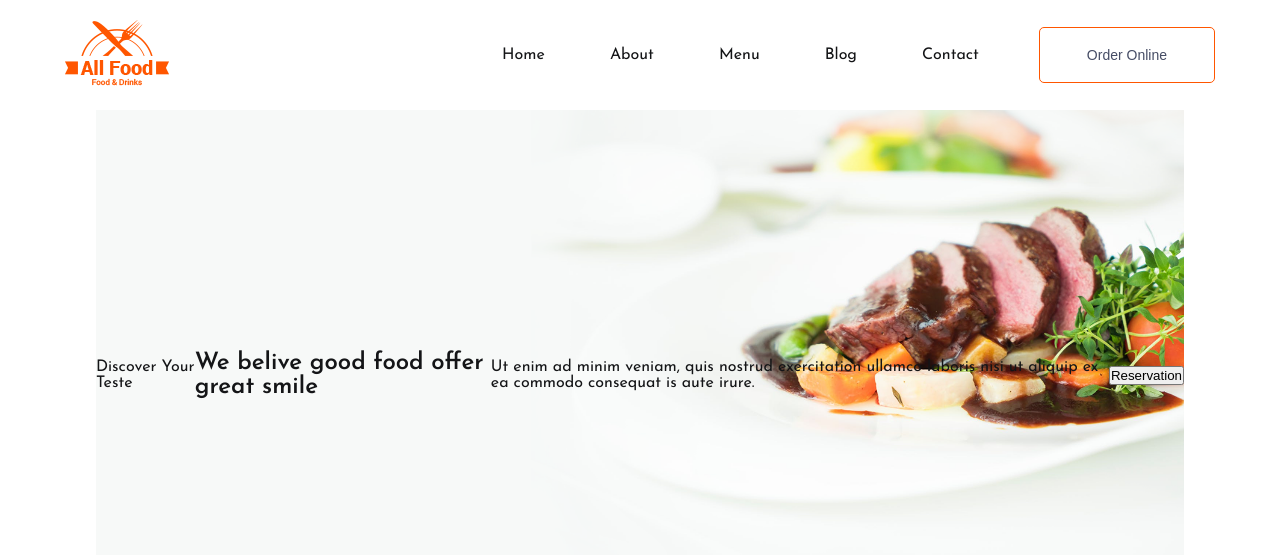
Repository: Ebtehal18/food
Page: index.html
The author's editor kept a copy of each file at every save. The page is drawn from the files as they stood at one save, then again after the next save.
The browser window is 1280 px wide. The pictures show the whole page.

Above is the page before, as saved 2024-01-16 20:32:21.

### index.html
<!DOCTYPE html>
<html lang="en">
  <head>
    <meta charset="UTF-8" />
    <meta name="viewport" content="width=device-width, initial-scale=1.0" />
    <title>Time Zone</title>
    <link rel="preconnect" href="https://fonts.googleapis.com" />
    <link rel="preconnect" href="https://fonts.gstatic.com" crossorigin />
    <link
      href="https://fonts.googleapis.com/css2?family=Josefin+Sans:wght@200;300;400;500;600&display=swap"
      rel="stylesheet"
    />
    <link rel="stylesheet" href="asessets/css/style.css" />
    <link rel="stylesheet" href="asessets/css/External/all.min.css" />
  </head>
  <body>
    <!-- nav bar -->
    <header class="header">
      <div class="logo"><img src="asessets/imgs/logo.png" alt="logo" /></div>
      <nav class="nav">
        <ul class="nav-list">
          <li class="list-item"><a href="#">Home</a></li>
          <li class="list-item"><a href="#">About</a></li>
          <li class="list-item"><a href="#">Menu</a></li>
          <li class="list-item">
            <a href="#">Blog</a>
            <ul class="dropdown-list">
              <li class="dropdown-item"><a href="#">Blog</a></li>
              <li class="dropdown-item"><a href="#">Blog Details</a></li>
              <li class="dropdown-item"><a href="#">Element</a></li>
            </ul>
          </li>
          <li class="list-item"><a href="#">Contact</a></li>
        </ul>
      </nav>
      <button class="btn">Order Online</button>
    </header>

    <!-- hero -->

    <section class="hero">
      <div class="container">
        <div class="row">
          <span>Discover Your Teste</span>
          <h1>We belive good food offer great smile</h1>
          <p>
            Ut enim ad minim veniam, quis nostrud exercitation ullamco laboris
            nisi ut aliquip ex ea commodo consequat is aute irure.
          </p>
          <button>Reservation</button>
        </div>
      </div>
    </section>
  </body>
</html>

### asessets/css/style.css
/*
=======================================================
          public styles
======================================================= */
*,
*::after,
*::before {
  margin: 0;
  padding: 0;
  box-sizing: border-box;
}
html,
body {
  overflow-x: hidden;
}
body {
  font-family: "Josefin Sans", sans-serif;
  color: #141517;
  /* height: 1000px; */
}
.container {
  width: 85%;
  margin: auto;
}
.row {
  display: flex;
  justify-content: space-between;
  align-items: flex-start;
}

/* @media (max-width: 767px) {
  .row {
    flex-flow: column wrap;
  }
} */

/*
=====================================================
            end public styles
=====================================================
 */

/* ===============
        navbar
 ================= */
.header {
  z-index: 999;
  display: flex;
  background-color: #fff;
  position: fixed;
  justify-content: space-around;
  align-items: center;
  top: 0;
  padding: 20px 65px;
  width: 100%;
}
.header .nav {
  display: flex;
  margin-left: auto;
  margin-right: 30px;
}
.header .nav .nav-list .list-item {
  padding: 0 30px;
  display: inline-block;
}
.header .nav .nav-list .list-item a {
  color: #141517;
  font-weight: 400;
  font-size: 16px;
  text-decoration: none;
}
.header .nav .nav-list .list-item a:hover {
  color: #ff5600;
}
.header .nav .nav-list .list-item:nth-child(4) {
  position: relative;
}

.header .nav .list-item .dropdown-list {
  padding: 10px 15px;
  background-color: #fff;
  position: absolute;
  top: 44px;
  left: -4px;
  opacity: 0;
  transition: all 0.4s ease-in;
  -webkit-transition: all 0.4s ease-in;
  -moz-transition: all 0.4s ease-in;
  -ms-transition: all 0.4s ease-in;
  -o-transition: all 0.4s ease-in;
}
.header .nav .nav-list .list-item:nth-child(4):hover .dropdown-list {
  opacity: 1;
  top: 63px;
}

.header .nav .list-item .dropdown-list li {
  width: 140px;
  display: inline-block;
  margin-bottom: 20px;
}
.header .btn {
  position: relative;
  z-index: 1;
  cursor: pointer;
  color: #464d65;
  outline: none;
  border: 1px solid #ff5600;
  font-size: 14px;
  font-weight: 500;
  background-color: transparent;
  padding: 19px 47px;
  border-radius: 5px;
  -webkit-border-radius: 5px;
  -moz-border-radius: 5px;
  -ms-border-radius: 5px;
  -o-border-radius: 5px;
  transition: all 0.4s ease-in;
  -webkit-transition: all 0.4s ease-in;
  -moz-transition: all 0.4s ease-in;
  -ms-transition: all 0.4s ease-in;
  -o-transition: all 0.4s ease-in;
}
.header .btn::before {
  background-color: #ff5600;
  position: absolute;
  content: "";
  top: 0;
  left: 0;
  height: 0%;
  width: 100%;
  z-index: -1;
  transition: all 0.4s ease-in;
  -webkit-transition: all 0.4s ease-in;
  -moz-transition: all 0.4s ease-in;
  -ms-transition: all 0.4s ease-in;
  -o-transition: all 0.4s ease-in;
  transition-timing-function: cubic-bezier(0.5, 1.6, 0.5, 0.7);
}
.header .btn:hover {
  color: #fff;
}
.header .btn:hover::before {
  height: 100%;
}

/* ===============
       end  navbar
 ================= */
/* ===============
       hero
 ================= */
.hero .row {
  padding: 100px 0 0;
  width: 100%;
  height: 650px;
  background-image: url(../imgs/h1_hero.png);
  background-color: antiquewhite;
  background-size: cover;
  background-position: bottom;
}
.hero .row {
  align-items: center;
}

Loaded but not shown: asessets/css/External/all.min.css (library)

After the next save:
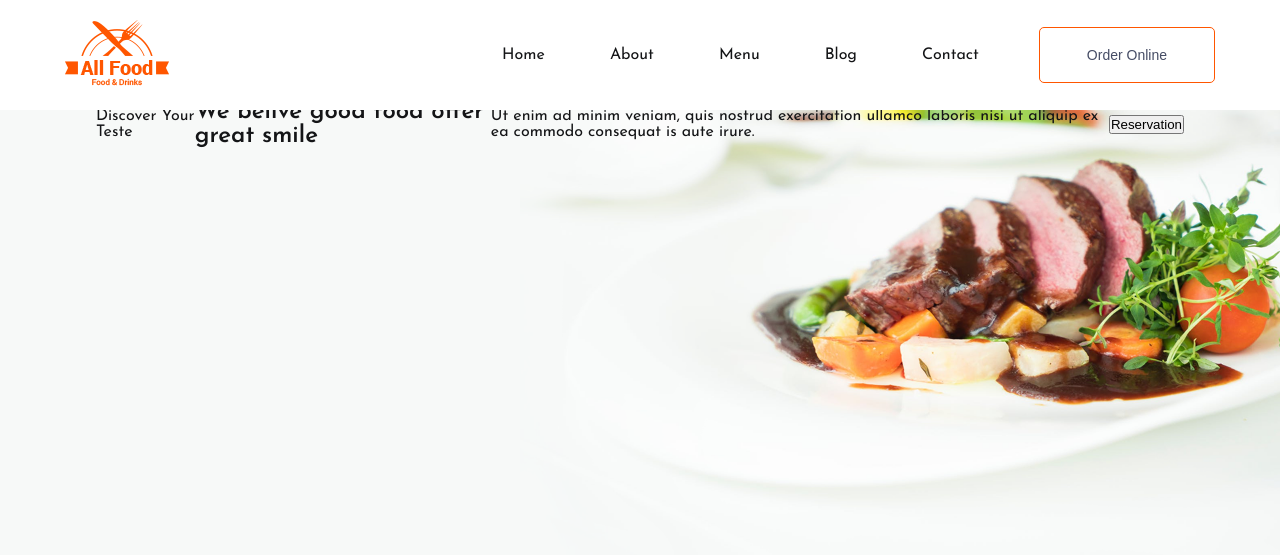
Saved 21 s later.
--- a/asessets/css/style.css
+++ b/asessets/css/style.css
@@ -150,7 +150,7 @@ body {
 /* ===============
        hero
  ================= */
-.hero .row {
+.hero {
   padding: 100px 0 0;
   width: 100%;
   height: 650px;
